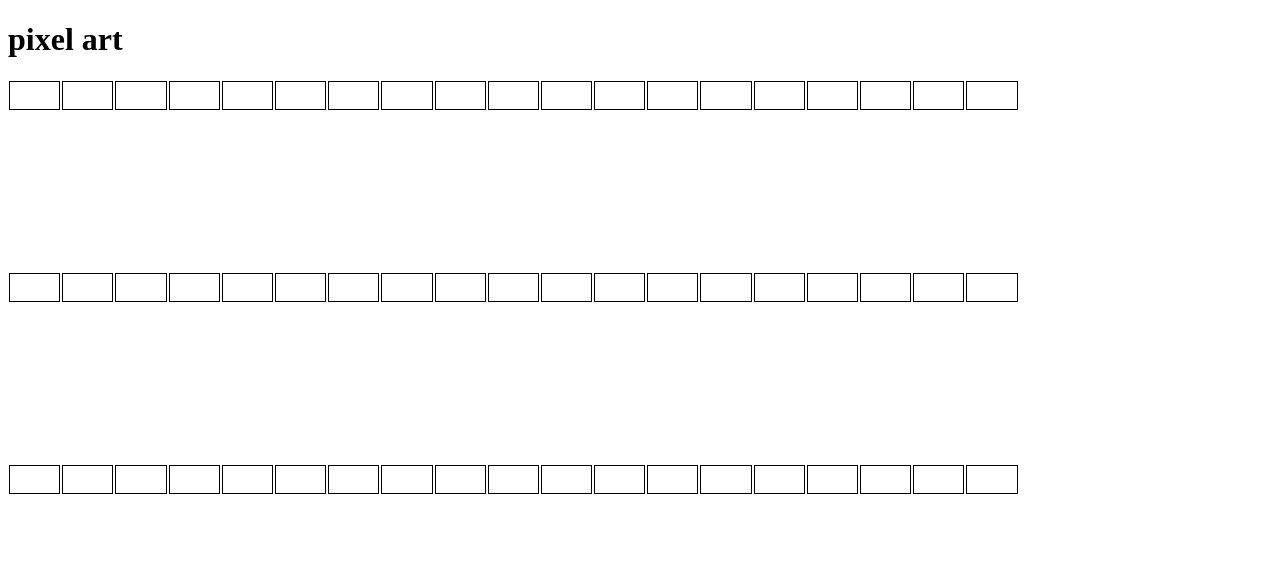
Repository: bechara611/pixelartdb
Page: /
An editor plug-in stored every save of this project. The page is shown before and after the next save, followed by the edit.
The browser window is 1280 px wide. The pictures show the whole page.
The project was rebuilt for these pictures with package versions that can differ from the ones it lists, and the page was loaded fresh each time. Also part of the build but not shown: vite.config.js.

Above is the page before, as saved 2023-03-05 20:26:14.

After the next save:
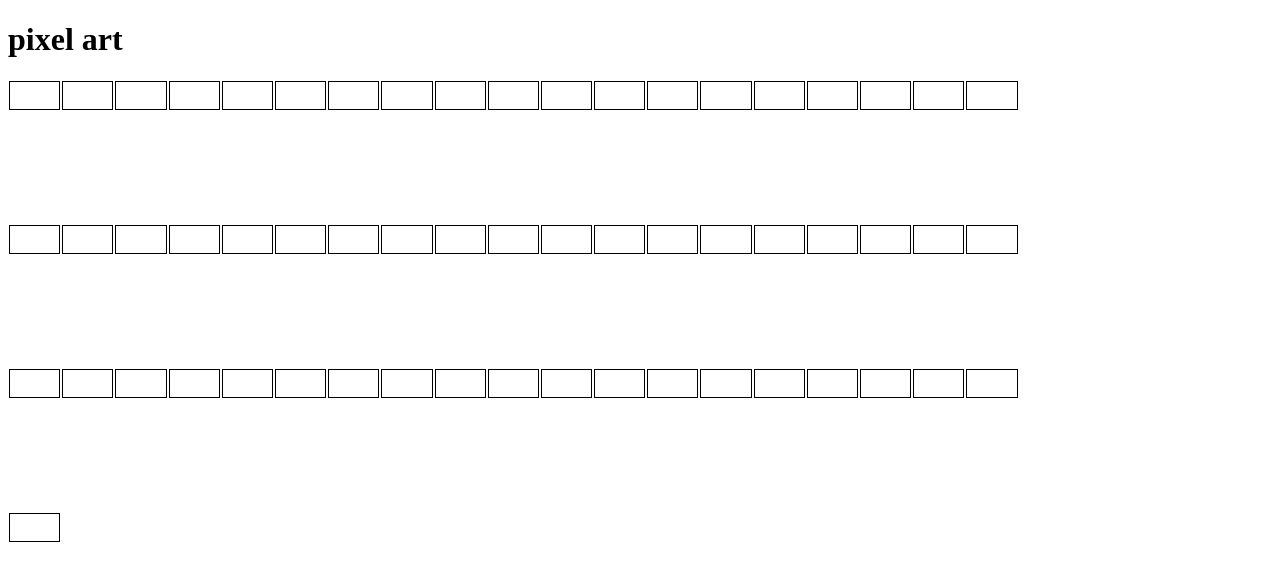
Saved 26 s later.
--- a/src/App.jsx
+++ b/src/App.jsx
@@ -15,7 +15,7 @@ useEffect(() => {
   let contenedor = document.getElementById('contenedor')
 console.log(contenedor.offsetHeight)
 console.log(contenedor.offsetWidth)
-let row = Math.floor(contenedor.offsetHeight/10)
+let row = Math.ceil(contenedor.offsetHeight/10)
 let col = Math.floor(contenedor.offsetWidth/10);
 setPixels(Array.from({length:row}))
 }, [])
